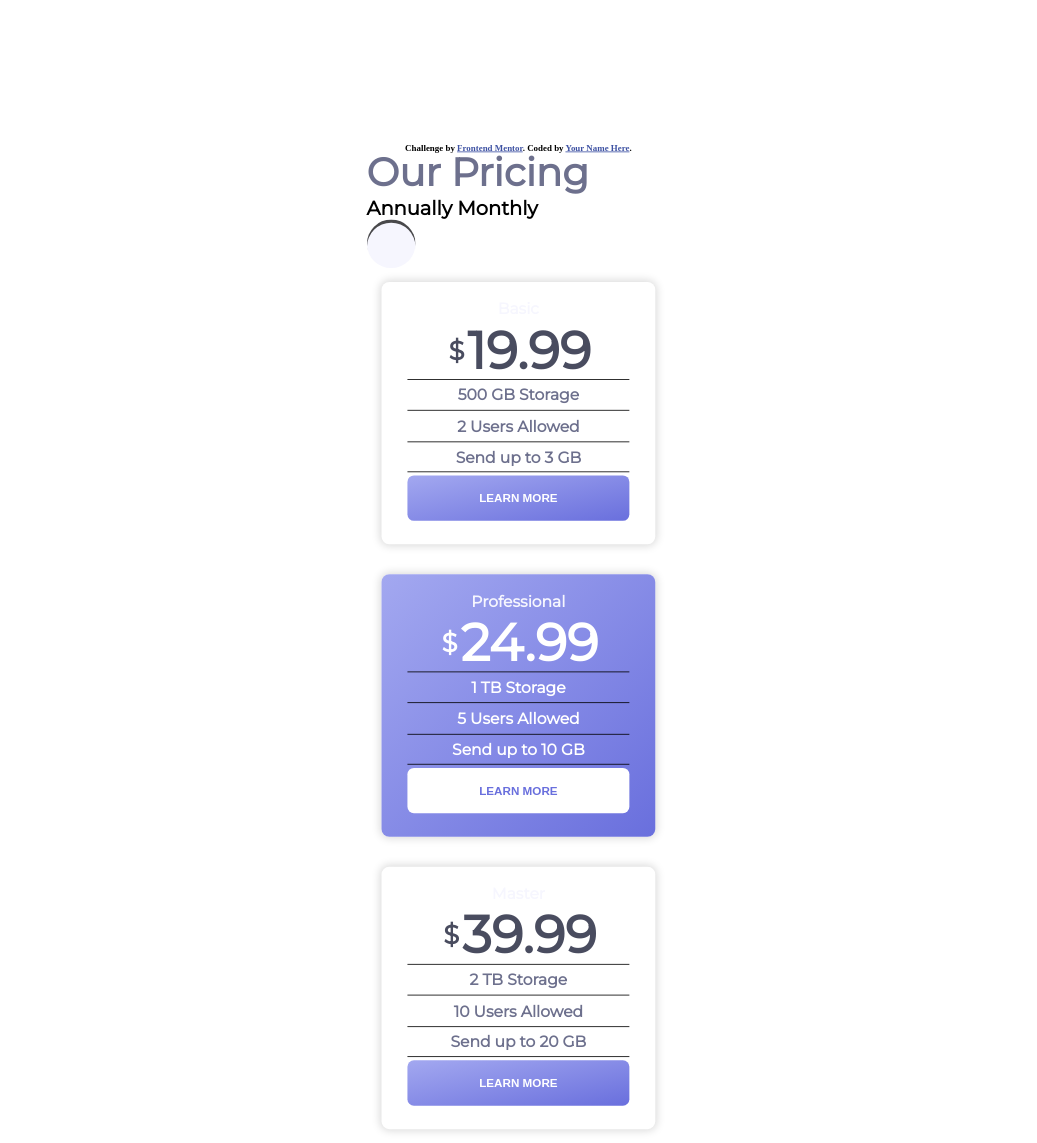
Repository: JuzzJoel/pricing-component-with-toggle-master
Page: index.html
The author's editor kept a copy of each file at every save. The page is drawn from the files as they stood at one save, then again after a run of saves.
The browser window is 1280 px wide. The pictures show the whole page, at 81% of full size.

Above is the page before, as saved 2025-05-24 11:39:49.

### index.html
<!DOCTYPE html>
<html lang="en">
<head>
  <meta charset="UTF-8">
  <meta name="viewport" content="width=device-width, initial-scale=1.0"> <!-- displays site properly based on user's device -->

  <link rel="icon" type="image/png" sizes="32x32" href="./images/favicon-32x32.png">
  <link rel="preconnect" href="https://fonts.googleapis.com">
  <link rel="preconnect" href="https://fonts.gstatic.com" crossorigin>
  <link
    href="https://fonts.googleapis.com/css2?family=Montserrat:ital,wght@700"
    rel="stylesheet">
  <title>Frontend Mentor | [pricing-component-with-toggle-master]</title>
  <style>
    :root{

      --linear-gradient: linear-gradient(to bottom right, hsl(236, 72%, 79%), hsl(237, 63%, 64%));

--clr-pri: hsl(240, 78%, 98%);
--clr-pri-acc: hsl(234, 14%, 74%);
--clr-sec: hsl(233, 13%, 49%);
--clr-sec-acc: hsl(232, 13%, 33%);
    }
*,
*::before,
*::after {
    box-sizing: border-box;
}

* {
    margin: 0;
    padding: 0;
    box-sizing: border-box;
}
.visually-hidden:not(:focus):not(:active) {
  clip: rect(0 0 0 0);
  clip-path: inset(50%);
  height: 1px;
  overflow: hidden;
  position: absolute;
  white-space: nowrap;
  width: 1px;
}
    .attribution { font-size: 11px; text-align: center;height: 1vh; }
    .attribution a { color: hsl(228, 45%, 44%); }
body{
  font-size: 0.95rem;
  font-weight: 700;
width: 100vw;
height: 150vh;
display: flex;
align-items: center;
justify-content: center;
flex-direction: column;
}


.container{
  width: 375px;
  height: 100vh;
  font-family: "Montserrat", sans-serif;

}
  .pricing-header{
font-size: 1.5rem;
  }
  .pricing-header h1{
    color: var(--clr-sec);

  }
    .toggle-box{

    }

     .toggle-container{
      width: 50px;
      height: 50px;
      position: relative;
      background: var(--clr-pri);
      padding: 30px;
      border-radius: 3rem;

      box-shadow: inset 0 4px 0 0 rgba(0, 0, 0, 0.7);
     }
     .toggle-slider{
      position: absolute;
      border-radius: 50%;
      left: 10px;
      top: 5px;
     }
     input[type="radio"]{
      display: none;
     }

       .pricing{

       }


   .content-body{
    display: flex;
    flex-direction: column;
    align-items: center;
    width: 100%;
    height: 150vh;
   }
   .content{
    display: flex;
    flex-direction: column;
    align-items: center;
    justify-content: space-evenly;
    width: 90%;
    gap: 20px;
    height: 100%;
   }
   .card-container{
    display: flex;
    flex-direction: column;
    align-items: center;
    justify-content: center;
    width: 100%;
    border-radius: .6rem;

    box-shadow: 0 0 .625rem .125rem rgba(0, 0, 0, 0.15);
    height: 30%;
   }
   .card-container:nth-child(2){
  background: var(--linear-gradient);
   }    .card{
          display: flex;
          flex-direction: column;
          align-items: center;
          justify-content: space-between;
          width: 90%;
          height: 85%;
          font-family: "Montserrat", sans-serif;
        }
        .card>*{
          width: inherit;
          display: flex;
          align-items: center;
          justify-content: center;
        }
          .rows-head{
            height: 35%;
            display: flex;
            flex-direction: column;
            align-items: center;
            justify-content: center;
          }
          .rows-head p{
           font-size: 1.2rem;

color: var(--clr-pri);
          }
          .rows-head h1{
            font-size: 4rem;
            color: var(--clr-sec-acc);
            display: flex;
            align-items: center;
           }
           .rows-head h1 span{
            font-size: 2rem;
            color: var(--clr-sec-acc);
            margin-right: 2%;
           }
          .rows{
            height: 15%;
            border: 1px   solid black;
            border-left: none;
            border-right: none;
            color: var(--clr-sec);
            font-size: 1.2rem;
          }
          .rows:nth-child(3){
            border: none;
          }
          .rows-button{
            height: 25%;
            display: flex;
            align-items: center;
            justify-content: center;
          }
  button{
    width: 100%;
    display: flex;
    align-items: center;
    justify-content: center;
    border-radius: .5rem;
    border: none;
    padding: 1.25rem 2.5rem;
    text-transform: uppercase;
    color: white;
background: var(--linear-gradient);
    font-weight: 700;
    font-size: 0.9rem;
  }
  .card-container:nth-child(2) .rows ,
  .card-container:nth-child(2) .rows-head ,
  .card-container:nth-child(2) .rows-head h1 ,
  .card-container:nth-child(2) .rows-head h1 span
  {
    color: white;
  }
  .card-container:nth-child(2) button{
background: white;
color :  hsl(237, 63%, 64%);
  }

          @media(min-width:1440px){
            .content{
              flex-direction: row;
              justify-content: space-between;
             }
          }
  </style>
</head>
<body>
  <div class="attribution">
    Challenge by <a href="https://www.frontendmentor.io?ref=challenge" target="_blank">Frontend Mentor</a>.
    Coded by <a href="#">Your Name Here</a>.
  </div>


  <div class="container">
    <div class="pricing-header">
      <h1>Our Pricing</h1>
      <div class="toggle-box">
        Annually
        Monthly
        <div class="toggle-container">

          <input type="radio" class="pricing" id="price-annnual">
          <label for="price-annual"></label>

          <input type="radio" class="pricing" id="price-month">
          <label for="price-month"></label>

          <div class="toggle-slider"></div>
        </div>
      </div>
      <div class="content-body">
        <div class="content">
          <div class="card-container">
<div class="card">
            <div class="rows-head">
              <p>Basic</p>
         <h1>  <span>&dollar;</span>
          19.99
           <i class="visually-hidden">&dollar;199.99</i>
           </h1>
          </div>
            <div class="rows">500 GB Storage</div>
            <div class="rows">2 Users Allowed</div>
            <div class="rows">Send up to 3 GB</div>
            <div class="rows-button"><button>Learn More</button></div>
          </div>
          </div>

          <div class="card-container">
            <div class="card">
            <div class="rows-head">
              <p>Professional</p>
              <h1> <span>&dollar;</span>24.99
                <i class="visually-hidden">&dollar;249.99</i>
           </h1>
          </div>
            <div class="rows">1 TB Storage</div>
            <div class="rows">5 Users Allowed</div>
            <div class="rows">Send up to 10 GB</div>
            <div class="rows-button"><button>Learn More</button></div>
          </div>
          </div>
          <div class="card-container">
            <div class="card">
            <div class="rows-head">
              <p>Master</p>
              <h1> <span>&dollar;</span>39.99
                <i class="visually-hidden">&dollar;399.99</i>
          </h1>
          </div>
            <div class="rows">2 TB Storage</div>
            <div class="rows">10 Users Allowed</div>
            <div class="rows">Send up to 20 GB</div>
            <div class="rows-button"><button>Learn More</button></div>
          </div>
          </div>
        </div>
      </div>
    </div>
  </div>


</body>
</html>

After the next 2 saves:
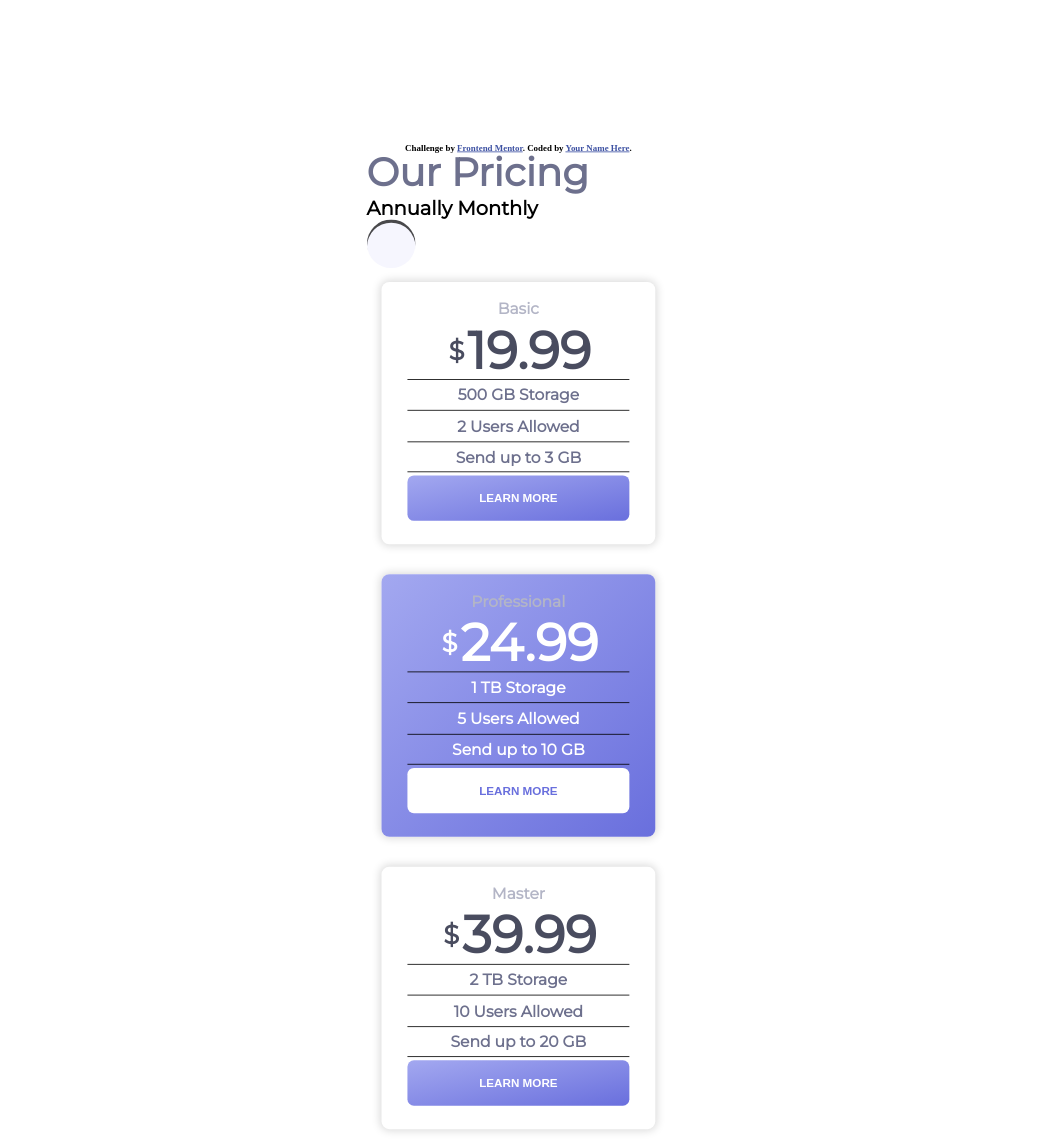
The 2 saves are shown as one change because they came seconds apart.
The last was saved 7 s later.
--- a/index.html
+++ b/index.html
@@ -151,7 +151,7 @@ font-size: 1.5rem;
           .rows-head p{
            font-size: 1.2rem;
 
-color: var(--clr-pri);
+color: var(--clr-pri-acc);
           }
           .rows-head h1{
             font-size: 4rem;
